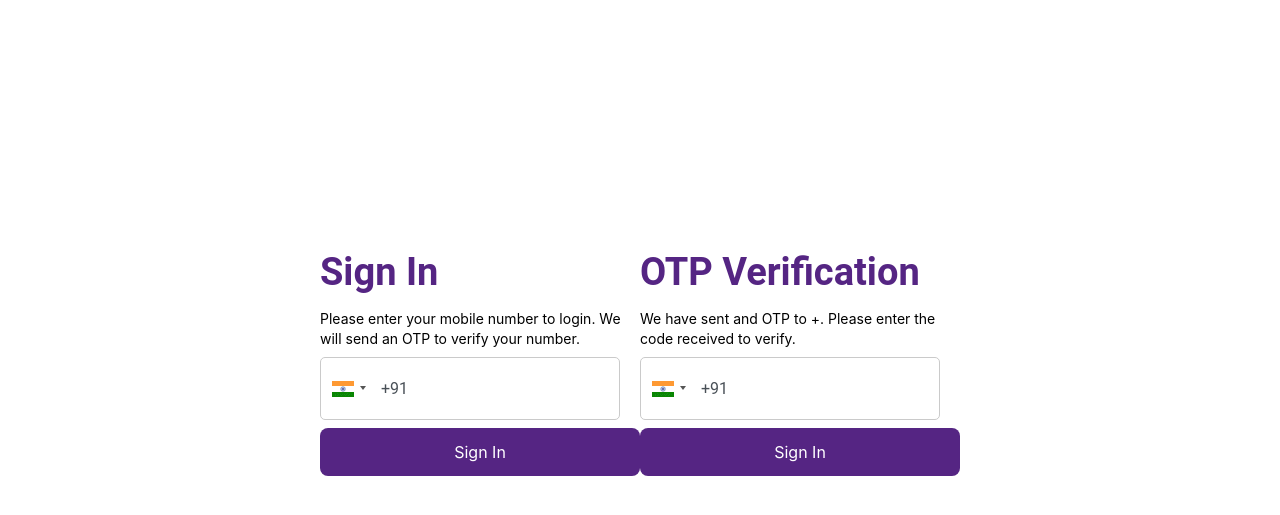
Repository: jayaprakash27/helloar-task
Page: /
These files come from the project's save history. The page is drawn as it stood at one moment and after the next save; the edit follows.
The browser window is 1280 px wide. The pictures show the whole page.
The project was rebuilt for these pictures with package versions that can differ from the ones it lists, and the page was loaded fresh each time.

Above is the page before, as saved 2023-10-26 23:59:45.

After the next save:
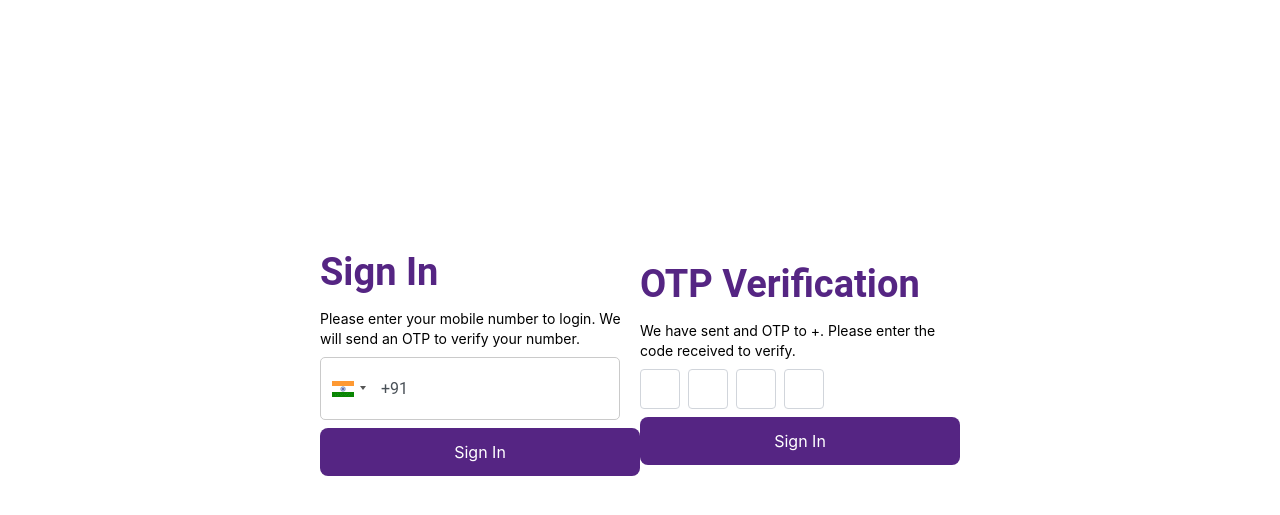
Saved 92 s later.
--- a/src/components/Login.jsx
+++ b/src/components/Login.jsx
@@ -9,7 +9,7 @@ function Login() {
   const handleLogin = () => {
     const apiEndpoint = "https://dev.api.goongoonalo.com/v1/auth/login";
     const requestBody = {
-      phoneNumber: "+"+phoneNumber,
+      phoneNumber: "+" + phoneNumber,
     };
 
     fetch(apiEndpoint, {
@@ -39,9 +39,8 @@ function Login() {
       });
   };
 
-
-  const [otp, setOtp] = useState(['', '', '', '']);
-  const expectedOtp = '1234';
+  const [otp, setOtp] = useState(["", "", "", ""]);
+  const expectedOtp = "1234";
 
   const handleInputChange = (index, value) => {
     if (!isNaN(value) && value.length <= 1) {
@@ -52,11 +51,11 @@ function Login() {
   };
 
   const verifyOtp = () => {
-    const enteredOtp = otp.join('');
+    const enteredOtp = otp.join("");
     if (enteredOtp === expectedOtp) {
-      alert('OTP is correct. You are verified.');
+      alert("OTP is correct. You are verified.");
     } else {
-      alert('OTP is incorrect. Please try again.');
+      alert("OTP is incorrect. Please try again.");
     }
   };
 
@@ -75,21 +74,39 @@ function Login() {
           containerClass=" w-full"
           onChange={(phoneNumber) => setPhoneNumber(phoneNumber)}
         />
-        <button onClick={handleLogin} className=" w-full rounded-lg p-3 hover:bg-purple-600  bg-primary-color text-white"> Sign In </button>
+        <button
+          onClick={handleLogin}
+          className=" w-full rounded-lg p-3 hover:bg-purple-600  bg-primary-color text-white"
+        >
+          {" "}
+          Sign In{" "}
+        </button>
       </div>
       <div className=" login-box flex flex-col w-80 gap-2 justify-center">
         <h1 className=" text-primary-color font-semibold">OTP Verification</h1>
         <p className=" text-sm">
-        We have sent and OTP to +{phoneNumber}. Please enter the code received to verify.
+          We have sent and OTP to +{phoneNumber}. Please enter the code received
+          to verify.
         </p>
-        <PhoneInput
-          country={"in"}
-          enableSearch={true}
-          value={phoneNumber}
-          containerClass=" w-full"
-          onChange={(phoneNumber) => setPhoneNumber(phoneNumber)}
-        />
-        <button onClick={handleLogin} className=" w-full rounded-lg p-3 hover:bg-purple-600  bg-primary-color text-white"> Sign In </button>
+        <div className="otp-input flex space-x-2">
+          {otp.map((digit, index) => (
+            <input
+              key={index}
+              type="text"
+              value={digit}
+              onChange={(e) => handleInputChange(index, e.target.value)}
+              maxLength="1"
+              className="w-10 h-10 border border-gray-300 rounded text-xl text-center"
+            />
+          ))}
+        </div>
+        <button
+          onClick={handleLogin}
+          className=" w-full rounded-lg p-3 hover:bg-purple-600  bg-primary-color text-white"
+        >
+          {" "}
+          Sign In{" "}
+        </button>
       </div>
     </div>
   );
